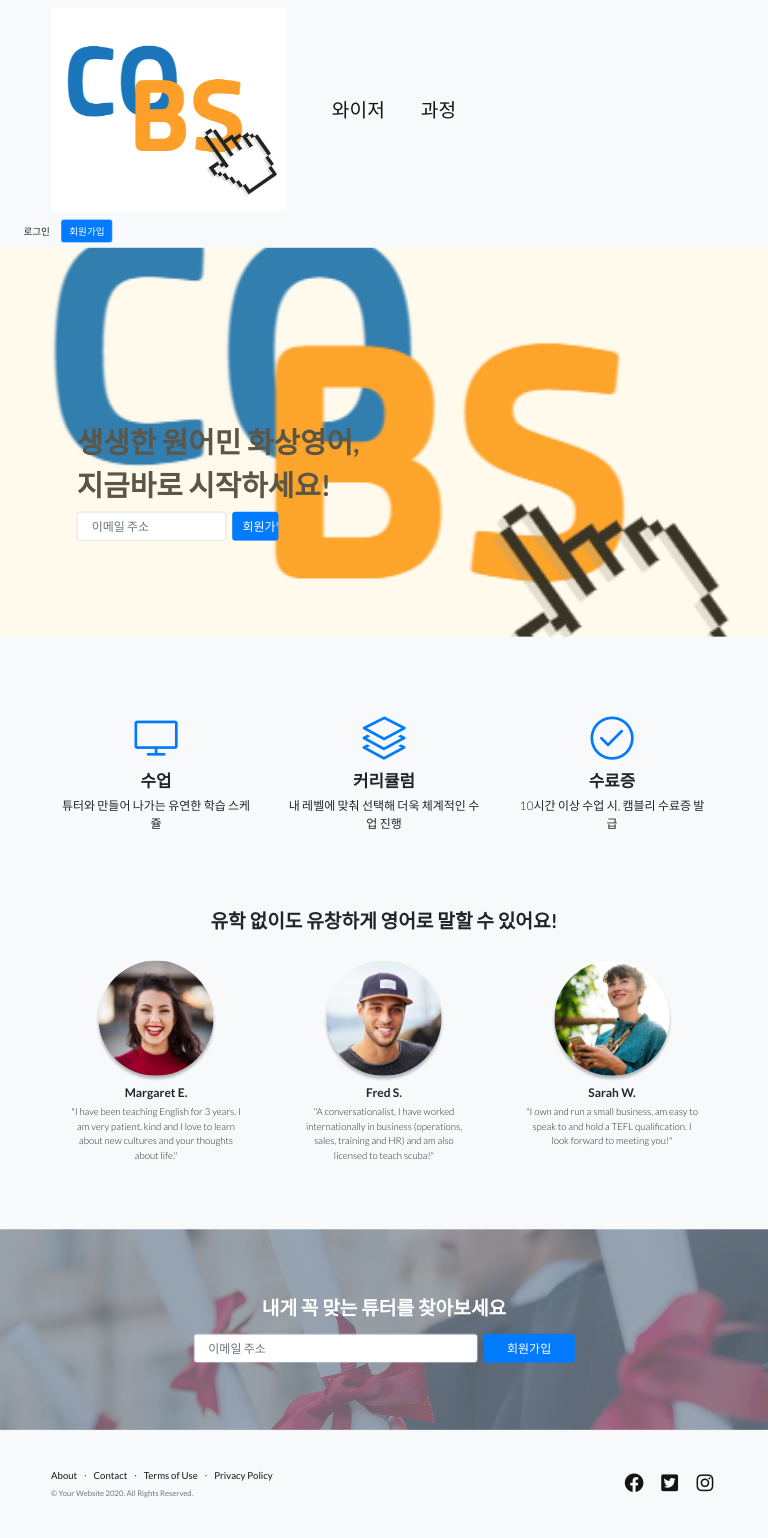
Repository: Toriikk/TEAM2_JSP_Project
Page: http://localhost/COBS/
These files come from the project's save history. The page is drawn as it stood at one moment and after the next save; the edit follows.
The browser window is 1280 px wide. The pictures show the whole page, at 60% of full size.
The page is served by Tomcat 9.

Above is the page before, as saved 2022-07-20 10:47:51.

After the next save:
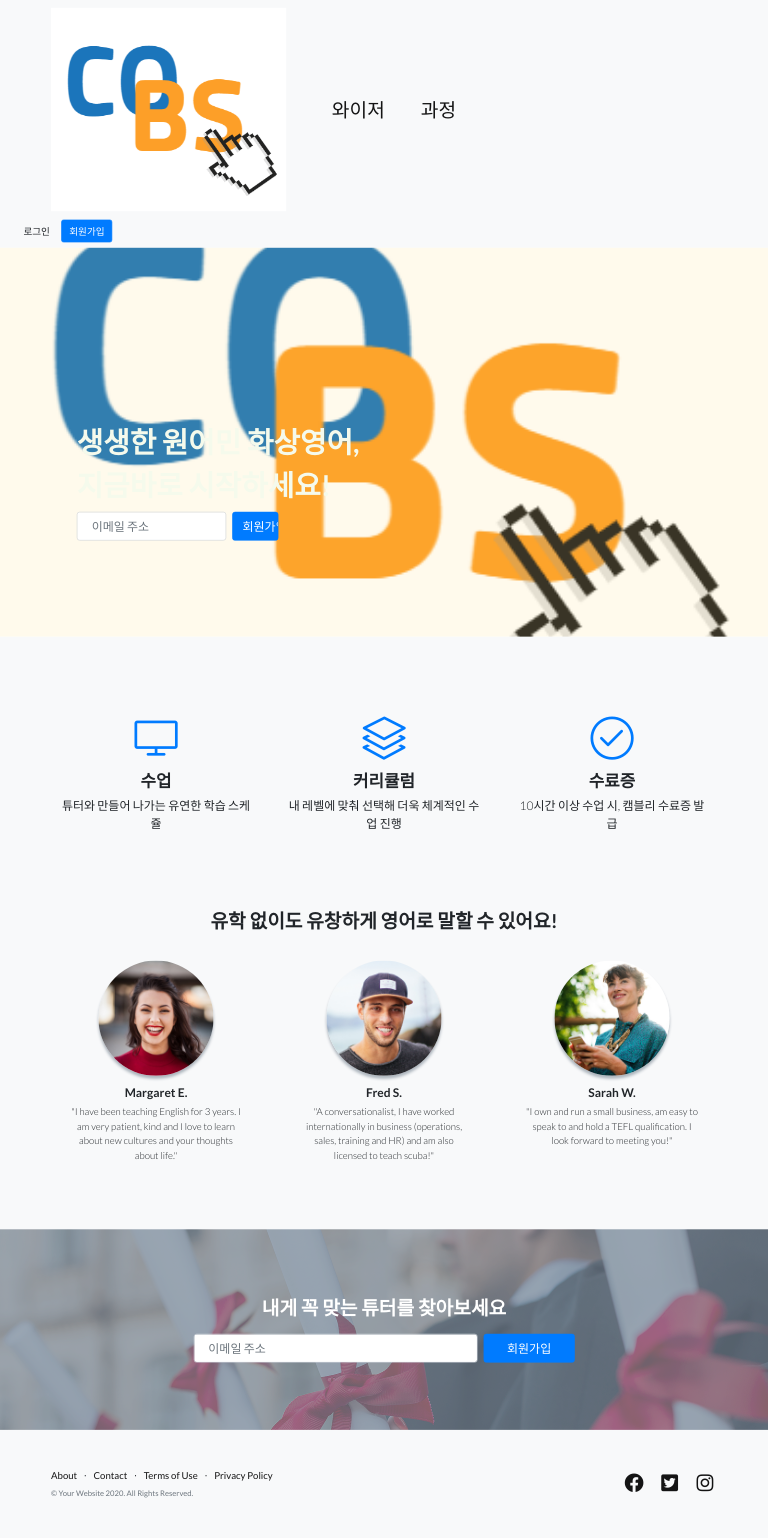
Saved 42 s later.
--- a/COBS/WebContent/index.jsp
+++ b/COBS/WebContent/index.jsp
@@ -12,7 +12,7 @@
 
         <div class="mainLine">
           <span style="width: 100%; height: 200px;"></span>
-          <h1 style="color:#484848; font-size: 48px; line-height: 1.5em;">생생한 원어민 화상영어,<br/> 지금바로 시작하세요!</h1>
+          <h1 style="color:#F4FFFF; font-size: 48px; line-height: 1.5em;">생생한 원어민 화상영어,<br/> 지금바로 시작하세요!</h1>
         </div>
 
           <form>

After the save that followed:
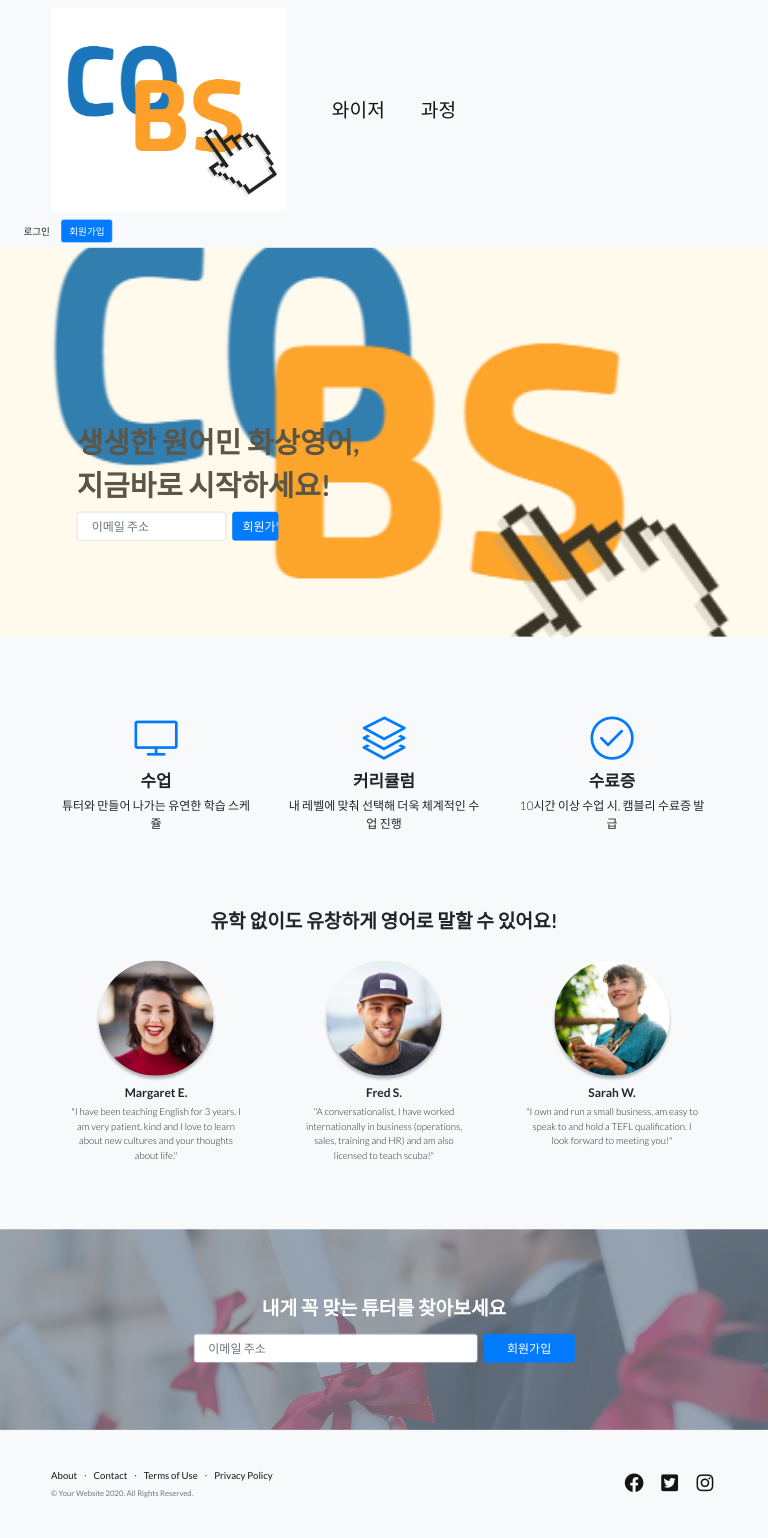
Saved 25 s later.
--- a/COBS/WebContent/index.jsp
+++ b/COBS/WebContent/index.jsp
@@ -12,7 +12,7 @@
 
         <div class="mainLine">
           <span style="width: 100%; height: 200px;"></span>
-          <h1 style="color:#F4FFFF; font-size: 48px; line-height: 1.5em;">생생한 원어민 화상영어,<br/> 지금바로 시작하세요!</h1>
+          <h1 style="color:#484848; font-size: 48px; line-height: 1.5em;">생생한 원어민 화상영어,<br/> 지금바로 시작하세요!</h1>
         </div>
 
           <form>
